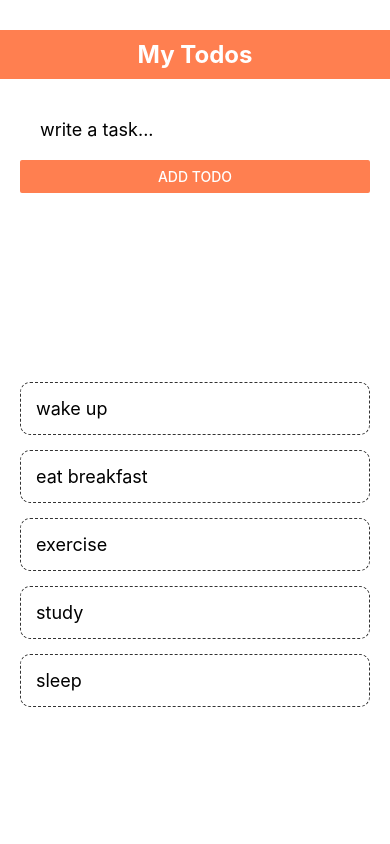
Repository: shiv0403/React-native-tutorial
Screen: /
The author's editor kept a copy of each file at every save. The screen is drawn from the files as they stood at one save, then again after a run of saves.
The app was drawn by React Native's web renderer in a window 390 px wide. The project was rebuilt for these pictures with package versions that can differ from the ones it lists, and the page was loaded fresh each time. Also part of the build but not shown: components/Flex.js.

Above is the screen before, as saved 2021-02-11 14:43:47.

After the next 2 saves:
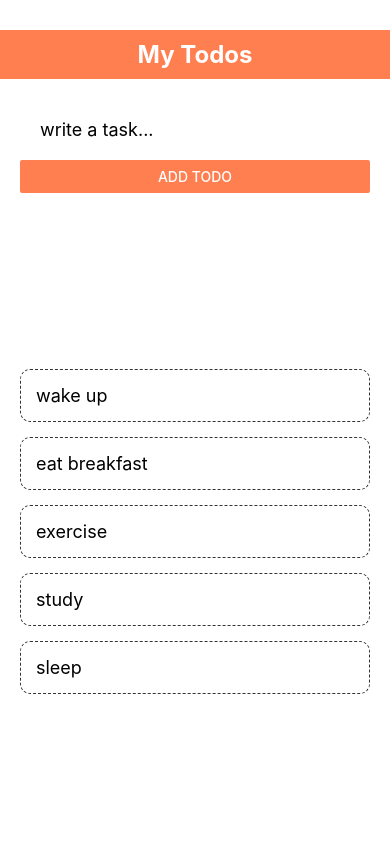
The 2 saves are shown as one change because they came seconds apart.
The last was saved 62 s later.
--- a/components/AddTodo.js
+++ b/components/AddTodo.js
@@ -28,7 +28,9 @@ export default function AddTodo({ handleSubmit }) {
 
 const styles = StyleSheet.create({
   addTodo: {
-    margin: 20,
+    marginTop: 20,
+    marginLeft: 20,
+    marginRight: 20,
     flex: 0.5,
   },
   input: {
